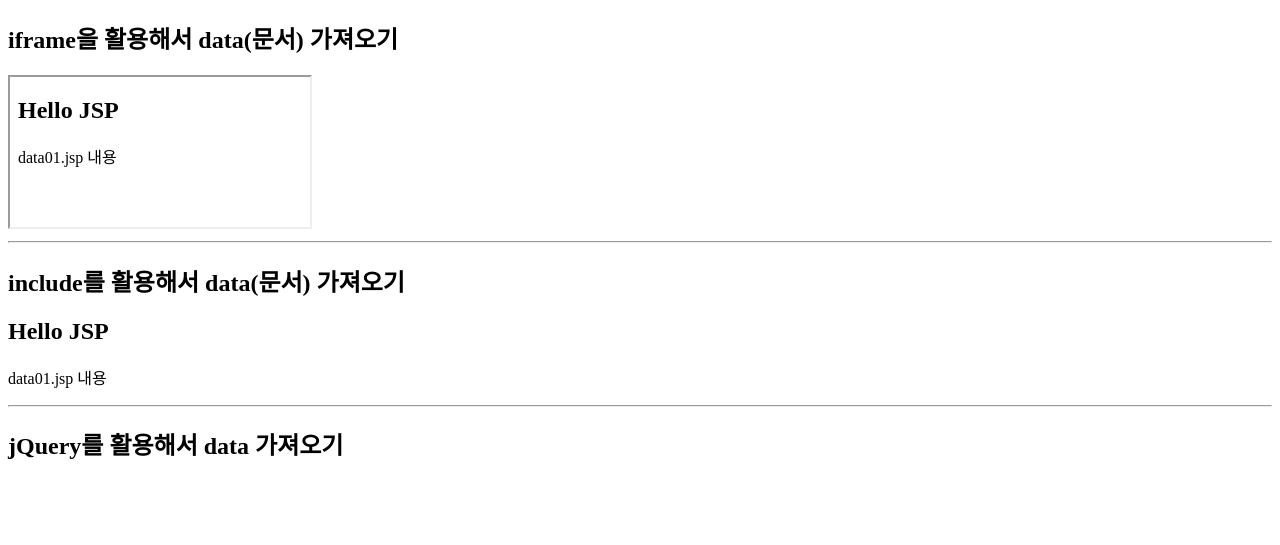
Repository: tjdwlsl/jspstudy
Page: http://localhost/JQuery_Ajax/02_ajax/ex03/ex01.jsp
These files come from the project's save history. The page is drawn as it stood at one moment and after the next save; the edit follows.
The browser window is 1280 px wide. The pictures show the whole page.
The page is served by Tomcat 9.

Above is the page before, as saved 2023-07-20 09:02:41.

After the next save:
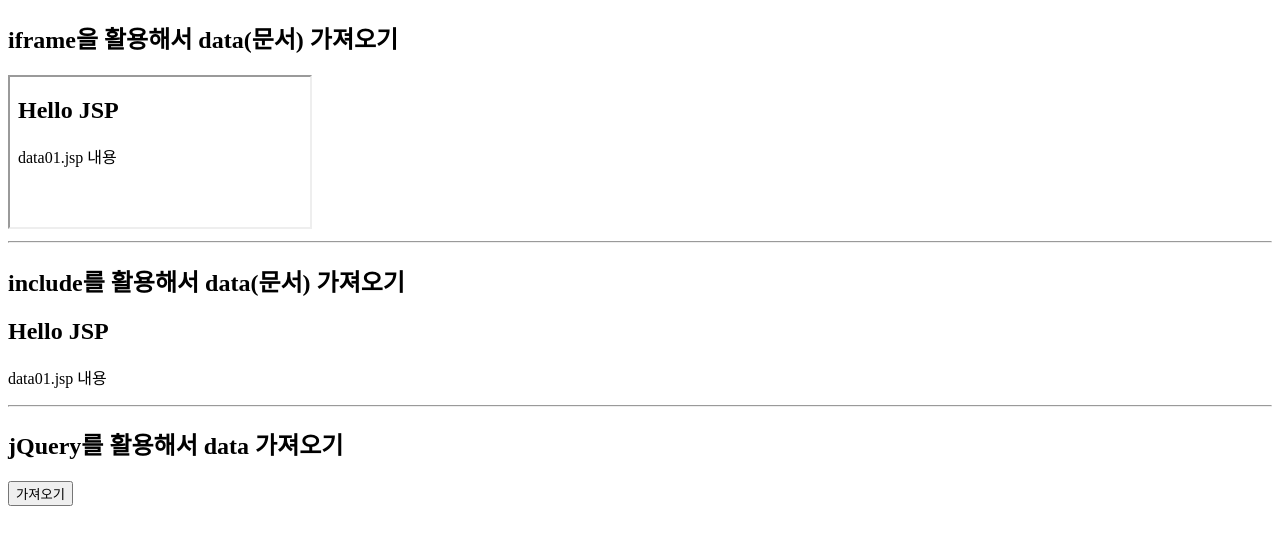
Saved 32 s later.
--- a/JQuery_Ajax/src/main/webapp/02_ajax/ex03/ex01.jsp
+++ b/JQuery_Ajax/src/main/webapp/02_ajax/ex03/ex01.jsp
@@ -33,6 +33,8 @@
 	<hr>
 	<div>
 		<h2>jQuery를 활용해서 data 가져오기</h2>
+		<p id="res"></p>
+		<button id="btn1">가져오기</button>
 	</div>
 
 </body>
